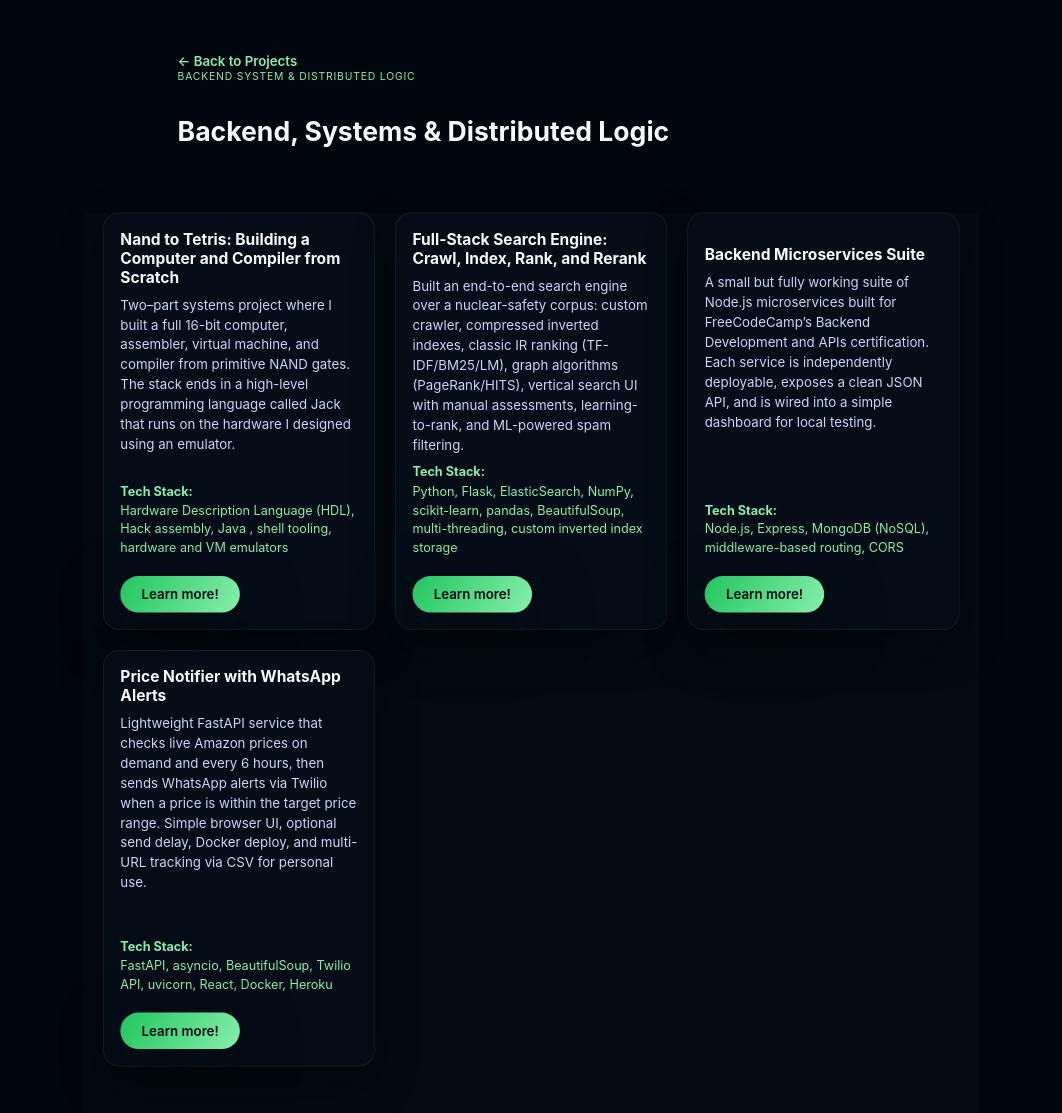
Repository: Abdulaziz-04/Abdulaziz-04.github.io
Page: projects/backend_systems.html
These files come from the project's save history. The page is drawn as it stood at one moment and after the next save; the edit follows.
The browser window is 1280 px wide. The pictures show the whole page, at 83% of full size.

Above is the page before, as saved 2025-11-21 21:17:20.

### projects/backend_systems.html
<!DOCTYPE html>
<html lang="en">
  <head>
    <meta charset="UTF-8" />
    <meta name="viewport" content="width=device-width, initial-scale=1" />
    <title>Backend, Systems &amp; Distributed Logic | Projects</title>
    <link rel="stylesheet" href="../assets/css/styles.css" />
  </head>
  <body class="category-page">
    <header class="category-hero">
      <a class="category-back" href="../index.html#projects"
        >&larr; Back to Projects</a
      >
      <a class="category-pill" href="../index.html#projects"
        >Backend System &amp; Distributed Logic</a
      >
      <br />
      <h1>Backend, Systems &amp; Distributed Logic</h1>
    </header>
    <main class="section category-section">
      <div class="project-modal-grid">
        <article class="project-modal-card">
          <div class="project-modal__body">
            <h3>
              Nand to Tetris: Building a Computer and Compiler from Scratch
            </h3>
            <p class="project-modal__summary">
              Two–part systems project where I built a full 16-bit computer,
              assembler, virtual machine, and compiler from primitive NAND
              gates. The stack ends in a high-level programming language called
              Jack that runs on the hardware I designed using an emulator.
            </p>
            <p class="project-modal__tech">
              <strong>Tech Stack:</strong>
              Hardware Description Language (HDL), Hack assembly, Java , shell
              tooling, hardware and VM emulators
            </p>
            <div class="project-modal__actions">
              <a
                class="btn primary"
                href="../deepdives/backend_systems/nand2tetris/nand2tetris.html"
                >Learn more!</a
              >
            </div>
          </div>
        </article>
        <article class="project-modal-card">
          <div class="project-modal__body">
            <h3>Full-Stack Search Engine: Crawl, Index, Rank, and Rerank</h3>
            <p class="project-modal__summary">
              Built an end-to-end search engine over a nuclear-safety corpus:
              custom crawler, compressed inverted indexes, classic IR ranking
              (TF-IDF/BM25/LM), graph algorithms (PageRank/HITS), vertical
              search UI with manual assessments, learning-to-rank, and
              ML-powered spam filtering.
            </p>
            <p class="project-modal__tech">
              <strong>Tech Stack:</strong>
              Python, Flask, ElasticSearch, NumPy, scikit-learn, pandas,
              BeautifulSoup, multi-threading, custom inverted index storage
            </p>
            <div class="project-modal__actions">
              <a
                class="btn primary"
                href="../deepdives/backend_systems/search_engine/search_engine.html"
                >Learn more!</a
              >
            </div>
          </div>
        </article>

        <article class="project-modal-card">
          <div class="project-modal__body">
            <h3>Backend Microservices Suite</h3>
            <p class="project-modal__summary">
              A small but fully working suite of Node.js microservices built for
              FreeCodeCamp’s Backend Development and APIs certification. Each
              service is independently deployable, exposes a clean JSON API, and
              is wired into a simple dashboard for local testing.
            </p>
            <p class="project-modal__tech">
              <strong>Tech Stack:</strong>
              Node.js, Express, MongoDB (NoSQL), middleware-based routing, CORS
            </p>
            <div class="project-modal__actions">
              <a
                class="btn primary"
                href="../deepdives/backend_systems/microservices/microservices.html"
                >Learn more!</a
              >
            </div>
          </div>
        </article>

        <article class="project-modal-card">
          <div class="project-modal__body">
            <h3>Price Notifier with WhatsApp Alerts</h3>
            <p class="project-modal__summary">
              Lightweight FastAPI service that checks live Amazon prices on
              demand and every 6 hours, then sends WhatsApp alerts via Twilio
              when a price is within the target price range. Simple browser UI,
              optional send delay, Docker deploy, and multi-URL tracking via CSV
              for personal use.
            </p>
            <p class="project-modal__tech">
              <strong>Tech Stack:</strong> FastAPI, asyncio, BeautifulSoup,
              Twilio API, uvicorn, React, Docker, Heroku
            </p>
            <div class="project-modal__actions">
              <a
                class="btn primary"
                href="../deepdives/backend_systems/price_notifier/price_notifier.html"
                >Learn more!</a
              >
            </div>
          </div>
        </article>
      </div>
    </main>
  </body>
</html>

### assets/css/styles.css
:root {
  --bg: #030a13;
  --bg-alt: #050f1f;
  --panel: #071425;
  --panel-soft: rgba(34, 197, 94, 0.08);
  --accent: #22c55e;
  --accent-strong: #86efac;
  --text: #f8fafc;
  --muted: #cbd5f5;
  --border: rgba(255, 255, 255, 0.08);
  --radius: 18px;
  --shadow: 0 25px 70px rgba(1, 8, 4, 0.55);
}

* {
  box-sizing: border-box;
}

body {
  margin: 0;
  min-height: 100vh;
  font-family: "Inter", "Segoe UI", system-ui, -apple-system, BlinkMacSystemFont,
    sans-serif;
  color: var(--text);
  background: radial-gradient(circle at 15% 35%, rgba(34, 197, 94, 0.15), transparent 45%),
    radial-gradient(circle at 80% 0%, rgba(134, 239, 172, 0.2), transparent 35%),
    #020718;
  scroll-behavior: smooth;
  padding-top: 0;
}

.modal-open {
  overflow: hidden;
}

main {
  background: var(--bg);
}

.section {
  max-width: 1080px;
  margin: 0 auto;
  padding: 3.5rem 1.5rem;
}

.site-header {
  margin: 0;
  padding: clamp(4rem, 12vw, 6rem) clamp(1.5rem, 6vw, 4rem) 3.5rem;
  background: linear-gradient(135deg, rgba(5, 18, 12, 0.9), rgba(3, 10, 19, 0.85)),
    radial-gradient(circle at top left, rgba(34, 197, 94, 0.25), transparent 55%);
  box-shadow: inset 0 1px 0 rgba(255, 255, 255, 0.05);
  min-height: 85vh;
  display: flex;
  align-items: center;
}

.hero-header {
  margin-top: 0;
  padding-top: clamp(4.5rem, 12vw, 7rem);
}

.top-nav {
  position: fixed;
  top: 0;
  left: 0;
  width: 100%;
  padding: 0.75rem clamp(1.25rem, 6vw, 4rem);
  background: rgba(4, 9, 20, 0.95);
  border-bottom: 1px solid rgba(255, 255, 255, 0.05);
  backdrop-filter: blur(14px);
  display: flex;
  align-items: center;
  justify-content: space-between;
  gap: 1rem;
  z-index: 50;
}

.top-nav__brand {
  font-size: 0.85rem;
  letter-spacing: 0.3em;
  text-transform: uppercase;
  color: var(--muted);
}

.top-nav__links {
  display: flex;
  align-items: center;
  gap: 0.9rem;
  flex-wrap: wrap;
}

.nav-link {
  text-decoration: none;
  color: var(--muted);
  font-weight: 600;
  letter-spacing: 0.08em;
  text-transform: uppercase;
  padding: 0.4rem 0.85rem;
  border-radius: 999px;
  transition: color 0.2s ease, background 0.2s ease;
}

.nav-link:hover {
  color: var(--text);
}

.nav-link.active {
  background: var(--accent);
  color: #03140c;
}

.hire-btn {
  cursor: pointer;
  background: var(--accent);
  color: black;
  padding: 0.95rem 2.4rem;
  font-size: 1.1rem;
  font-weight: 700;
  border: none;
  border-radius: 999px;
  box-shadow: 0 12px 28px rgba(34, 197, 94, 0.35);
}

.hero-grid {
  display: grid;
  grid-template-columns: minmax(0, 1.4fr) minmax(220px, 320px);
  gap: clamp(2rem, 4vw, 3.5rem);
  width: 100%;
  align-items: start;
}

.hero-text h1 {
  font-size: clamp(2.5rem, 5vw, 3.8rem);
  margin: 0.2rem 0 0.8rem;
}

.hero-lede {
  color: var(--muted);
  font-size: 1.05rem;
  max-width: 560px;
  line-height: 1.6;
}

.eyebrow {
  text-transform: uppercase;
  color: var(--accent-strong);
}

.hero-summary {
  margin: 1.5rem 0 1.75rem;
  color: var(--muted);
}

.summary-list {
  font-size: large;
  margin: 0;
  padding-left: 1.5rem;
}

.summary-list li {
  margin-bottom: 0.55rem;
  line-height: 1.5;
}

.hero-actions {
  display: flex;
  flex-wrap: wrap;
  gap: 1rem;
  width: 100%;
}

.hero-actions .hire-btn {
  padding: 1.1rem 2.8rem;
  font-size: 1.2rem;
}

.btn {
  display: inline-flex;
  align-items: center;
  justify-content: center;
  gap: 0.4rem;
  padding: 0.75rem 1.6rem;
  border-radius: 999px;
  text-decoration: none;
  font-weight: 600;
  transition: transform 0.2s ease, box-shadow 0.2s ease;
}

.btn.primary {
  background: linear-gradient(120deg, var(--accent), var(--accent-strong));
  color: #020714;
  box-shadow: var(--shadow);
}

.btn.secondary {
  border: 1px solid var(--accent);
  color: var(--accent-strong);
}

.btn:hover {
  transform: translateY(-2px);
}

.hero-photo {
  justify-self: center;
}

.hero-photo img {
  width: clamp(220px, 18vw, 280px);
  border-radius: 28px;
  border: 1px solid rgba(134, 239, 172, 0.2);
  box-shadow: 0 20px 60px rgba(0, 0, 0, 0.6);
  filter: saturate(1.05);
}

.section h2 {
  margin-top: 0;
  font-size: 2rem;
}

.experience-grid {
  display: grid;
  grid-template-columns: repeat(auto-fit, minmax(300px, 1fr));
  gap: 1.75rem;
}

.experience-title {
  display: flex;
  justify-content: space-between;
  align-items: center;
  gap: 1rem;
  font-size: 1.2rem;
}

.experience-title .role {
  color: var(--text); /* default text color */
  font-weight: 600;
}

.experience-title .org {
  color:#6DF9C9;
  white-space: nowrap;
}

.experience-card,
.project-card {
  background: linear-gradient(145deg, var(--panel), rgba(6, 14, 18, 0.9));
  border-radius: var(--radius);
  border: 1px solid var(--border);
  padding: 1.75rem;
  box-shadow: var(--shadow);
}

.timeline {
  border-left: 2px solid var(--border);
  margin-top: 1.25rem;
}

.timeline-item {
  padding-left: 1.75rem;
  margin-bottom: 1.75rem;
  position: relative;
}

.timeline-header {
  display: flex;
  justify-content: space-between;
  align-items: baseline;
  gap: 1rem;
}

.timeline-header h3 {
  margin: 0;
}

.education-title {
  display: flex;
  justify-content: space-between;
  gap: 0.75rem;
  align-items: baseline;
  flex-wrap: wrap;
}

.edu-gpa {
  color: var(--accent-strong);
  white-space: nowrap;
  font-size: 0.95rem;
}





.hire-modal {
  position: fixed;
  inset: 0;
  background: rgba(5, 9, 18, 0.8);
  display: flex;
  justify-content: center;
  align-items: center;
  z-index: 100;
}

.hire-modal[hidden] {
  display: none;
}

.hire-modal__panel {
  background: #050b16;
  border: 1px solid rgba(255, 255, 255, 0.08);
  border-radius: 22px;
  padding: 1.75rem;
  width: min(90%, 420px);
  box-shadow: 0 30px 80px rgba(0, 0, 0, 0.55);
  position: relative;
  color: var(--text);
}

.hire-modal__panel p {
  color: var(--muted);
}

.hire-modal__close {
  position: absolute;
  top: 0.5rem;
  right: 0.75rem;
  background: var(--accent);
  color: #02120b;
  border: none;
  font-size: 1.35rem;
  font-weight: 700;
  cursor: pointer;
  width: 2.25rem;
  height: 2.25rem;
  border-radius: 999px;
  display: inline-flex;
  align-items: center;
  justify-content: center;
  line-height: 1;
}

.hire-options {
  display: flex;
  flex-direction: column;
  gap: 0.75rem;
  margin-top: 1rem;
}

.hire-option {
  display: flex;
  justify-content: space-between;
  align-items: center;
  padding: 0.85rem 1rem;
  border-radius: 1rem;
  text-decoration: none;
  color: var(--text);
  border: 1px solid rgba(255, 255, 255, 0.08);
  background: rgba(255, 255, 255, 0.02);
  transition: background 0.2s ease, transform 0.2s ease;
}

.hire-option:hover {
  background: rgba(34, 197, 94, 0.18);
  transform: translateY(-2px);
}

.hire-option small {
  color: var(--muted);
  letter-spacing: 0.04em;
}

.hire-modal__action {
  margin-top: 1.5rem;
  width: 100%;
  text-align: center;
}

.timeline-item::before {
  content: "";
  width: 11px;
  height: 11px;
  border-radius: 999px;
  background: var(--accent);
  box-shadow: 0 0 16px rgba(34, 197, 94, 0.8);
  position: absolute;
  left: -6px;
  top: 4px;
}

.timeline-date {
  font-size: 0.85rem;
  letter-spacing: 0.1em;
  text-transform: uppercase;
  color: var(--muted);
}

.course-dropdown {
  margin-top: 1.5rem;
}

.course-toggle {
  width: 100%;
  background: transparent;
  border: 1px solid rgba(255, 255, 255, 0.08);
  border-radius: var(--radius);
  padding: 0.75rem 1.1rem;
  color: var(--text);
  font: inherit;
  font-weight: 600;
  letter-spacing: 0.04em;
  display: flex;
  justify-content: space-between;
  align-items: center;
  cursor: pointer;
  transition: border-color 0.2s ease, transform 0.2s ease, box-shadow 0.2s ease;
}

.course-toggle:hover {
  border-color: rgba(134, 239, 172, 0.7);
  box-shadow: 0 0 20px rgba(34, 197, 94, 0.25);
  transform: translateY(-1px);
}

.course-toggle__icon {
  font-size: 1.1rem;
  line-height: 1;
  transition: transform 0.25s ease;
}

.course-toggle[aria-expanded='true'] .course-toggle__icon {
  transform: rotate(45deg);
}

.course-panel {
  margin-top: 1rem;
  border-left: 2px solid rgba(134, 239, 172, 0.3);
  padding-left: 1.25rem;
}

.course-panel[hidden] {
  display: none;
}

.course-panel__body h4 {
  margin-top: 1rem;
  margin-bottom: 0.5rem;
}

.certifications-list {
  display: grid;
  gap: 1rem;
  margin-top: 1rem;
}

#certifications {
  scroll-margin-top: 140px;
}

.cert-list {
  list-style: none;
  padding: 0;
  margin: 0;
  display: flex;
  flex-direction: column;
  gap: 0.75rem;
}

.cert-title {
  font-weight: 700;
}

.cert-meta {
  font-size: 0.95rem;
  color: var(--muted);
}

.loading-text,
.loading-error {
  color: var(--muted);
  font-style: italic;
}

.loading-error {
  color: #fda4af;
}

.project-card--featured {
  display: flex;
  flex-wrap: wrap;
  gap: 1.5rem;
}

.project-media img {
  max-width: 280px;
  border-radius: var(--radius);
  border: 1px solid rgba(34, 197, 94, 0.3);
}

.project-grid {
  display: grid;
  grid-template-columns: repeat(auto-fit, minmax(240px, 1fr));
  gap: 1.25rem;
  margin-top: 1rem;
}

.projects-overview .projects-lede {
  color: var(--muted);
  max-width: 760px;
  margin-bottom: 2rem;
}

.project-category-grid {
  display: grid;
  grid-template-columns: repeat(auto-fit, minmax(260px, 1fr));
  gap: 1.5rem;
  margin-top: 2rem;
}

.project-category-card {
  border: 1px solid var(--border);
  border-radius: var(--radius);
  padding: 1.75rem;
  background: rgba(7, 19, 33, 0.85);
  display: flex;
  flex-direction: column;
  gap: 0.75rem;
  box-shadow: 0 15px 40px rgba(0, 0, 0, 0.35);
  min-height: 260px;
}

.category-pill {
  text-transform: uppercase;
  letter-spacing: 0.08em;
  font-size: 0.78rem;
  color: var(--accent-strong);
  margin: 0;
  display: block;
  min-height: 2.2em;
  text-decoration: none;
  cursor: pointer;
}

.project-category-card h3 {
  margin: 0;
  line-height: 1.35;
  min-height: 3.2em;
}

.project-category-card > p:not(.category-pill) {
  margin: 0;
  line-height: 1.5;
  min-height: 4.4em;
}

.category-link {
  align-self: flex-start;
  margin-top: auto;
}

.category-page {
  background: #01050d;
  color: var(--text);
  min-height: 100vh;
  margin: 0;
}

.category-hero {
  max-width: 900px;
  margin: 0 auto;
  padding: 4rem 1.5rem 2rem;
  text-align: left;
}

.category-hero h1 {
  margin-top: 0.5rem;
}

.category-back {
  text-decoration: none;
  color: var(--accent-strong);
  font-weight: 600;
}

.category-section {
  padding-top: 0;
}

.category-description {
  color: var(--muted);
  max-width: 720px;
}

.project-modal-grid {
  display: grid;
  grid-template-columns: repeat(auto-fit, minmax(280px, 1fr));
  gap: 1.5rem;
  margin-top: 1.5rem;
  align-items: stretch;
  grid-auto-rows: 1fr;
}

.project-modal-card {
  border: 1px solid rgba(255, 255, 255, 0.08);
  border-radius: 20px;
  padding: 1.25rem;
  background: rgba(5, 13, 25, 0.95);
  display: flex;
  flex-direction: column;
  gap: 1rem;
  box-shadow: 0 20px 50px rgba(0, 0, 0, 0.45);
  height: 100%;
}

.project-modal__body {
  display: grid;
  grid-template-rows: auto 1fr auto auto;
  gap: 0.6rem;
  height: 100%;
}

.project-modal-card h3 {
  margin: 0;
  min-height: 2.6rem;
  display: flex;
  align-items: flex-end;
}

.project-modal__body h3,
.project-modal__body p {
  margin: 0;
}

.project-modal__summary {
  color: var(--muted);
  line-height: 1.5;
  min-height: 0;
}

.project-modal__tech {
  font-size: 0.95rem;
  color: var(--accent-strong);
  min-height: 2.4rem;
  line-height: 1.5;
}

.project-modal__tech strong,
.project-modal__tech b {
  display: block;
}

.project-modal__actions {
  display: flex;
  gap: 0.75rem;
  flex-wrap: wrap;
  margin-top: auto;
  padding-top: 0.75rem;
}

.category-footer {
  text-align: center;
  color: var(--muted);
  padding: 2rem 1rem 3rem;
}

.project-detail-page {
  background: #01050d;
  color: var(--text);
  margin: 0;
}

.detail-hero {
  max-width: 960px;
  margin: 0 auto;
  padding: 4rem 1.5rem 2rem;
}

.detail-summary {
  color: var(--muted);
  font-size: 1.1rem;
}

.detail-meta {
  list-style: none;
  padding: 0;
  margin: 1.5rem 0 0;
  display: flex;
  flex-wrap: wrap;
  gap: 1rem 2rem;
  color: var(--accent-strong);
}

.detail-content {
  padding-top: 0;
}

.home-page p,
.home-page li,
.home-page .course-panel__body {
  text-align: justify;
}

.home-page .projects-overview p,
.home-page .project-category-card p {
  text-align: left;
}

.project-detail-page p,
.project-detail-page li {
  text-align: justify;
}

.detail-section {
  margin-bottom: 2.5rem;
}

.detail-gallery {
  display: flex;
  flex-direction: column;
  gap: 1.5rem;
}

.detail-gallery .gallery-row {
  display: flex;
  flex-direction: column;
  gap: 1.75rem;
  align-items: center;
}

.detail-gallery .gallery-row--two {
  width: 100%;
  display: grid;
  grid-template-columns: repeat(auto-fit, minmax(280px, 1fr));
  gap: 1.25rem;
  align-items: start;
}

.detail-gallery .gallery-item {
  flex: 0 0 auto;
  max-width: 880px;
  margin: 0 auto;
  text-align: center;
}

.detail-gallery .gallery-item figcaption {
  text-align: center;
}

.detail-gallery .gallery-item img {
  display: block;
  width: 100%;
  height: auto;
  border-radius: 12px;
  border: 1px solid rgba(255, 255, 255, 0.08);
  margin: 0 auto;
  transform: none;
}

.detail-video {
  display: block;
  width: 100%;
  max-width: 720px;
  height: auto;
  margin: 0 auto;
  border-radius: 12px;
  border: 1px solid rgba(255, 255, 255, 0.08);
  background: #000;
}

.detail-gallery__grid {
  display: grid;
  grid-template-columns: repeat(auto-fit, minmax(240px, 1fr));
  gap: 1.25rem;
}

.detail-gallery__grid img {
  width: 100%;
  border-radius: 14px;
  border: 1px solid rgba(255, 255, 255, 0.08);
}

.detail-snippet pre {
  background: #020714;
  padding: 1.25rem;
  border-radius: 16px;
  border: 1px solid rgba(255, 255, 255, 0.08);
  overflow-x: auto;
}

.code-emphasis {
  font-size: 1.4em;
}

.skills-list {
  display: flex;
  flex-wrap: wrap;
  gap: 0.65rem;
}

.skill-pill {
  --pill-bg: rgba(148, 163, 184, 0.15);
  --pill-color: #f8fafc;
  --pill-icon: rgba(255, 255, 255, 0.85);
  display: inline-flex;
  align-items: center;
  gap: 0.4rem;
  padding: 0.45rem 0.9rem;
  border-radius: 0.85rem;
  background: var(--pill-bg);
  color: var(--pill-color);
  font-size: 0.78rem;
  font-weight: 700;
  letter-spacing: 0.05em;
  text-transform: uppercase;
  border: 1px solid rgba(255, 255, 255, 0.06);
  box-shadow: 0 6px 14px rgba(0, 0, 0, 0.25);
}

.skill-pill i {
  font-size: 1rem;
  color: var(--pill-icon);
}

.site-footer {
  text-align: center;
  display: flex;
  justify-content: center;
  padding: 2.5rem 1rem 3rem;
  color: var(--muted);
  border-top: 1px solid var(--border);
  background: linear-gradient(180deg, rgba(5, 9, 18, 0.98), rgba(2, 7, 24, 0.95));
  margin-top: 0;
  box-shadow: 0 -18px 45px rgba(0, 0, 0, 0.45);
}

.site-footer p {
  margin: 0;
}

@media (max-width: 1024px) {
  .hero-grid {
    grid-template-columns: 1fr;
    text-align: center;
  }

  .hero-photo {
    order: -1;
  }

  .top-nav {
    flex-direction: column;
    align-items: flex-start;
    gap: 0.5rem;
  }

  .top-nav__links {
    width: 100%;
    justify-content: flex-start;
    gap: 0.5rem;
  }

  .hire-btn {
    width: 100%;
    text-align: center;
  }
}

@media (max-width: 640px) {
  .hero-header {
    padding-top: 9rem;
  }

  .experience-title {
    flex-direction: column;
    align-items: flex-start;
    gap: 0.35rem;
    font-size: 1.05rem;
  }

  .experience-title .org {
    white-space: normal;
    width: 100%;
  }
}


/* Medium size for first GIF */
.gallery-item--medium {
  text-align: center;
}

.gallery-item--medium img {
  max-width: 720px;
  width: 100%;
  height: auto;
  display: block;
  margin: 0 auto;
}

.gallery-item figcaption {
  margin-top: 0.95rem;
  color: var(--muted);
  line-height: 1.5;
}

.hero-screens {
  display: flex;
  flex-wrap: wrap;
  justify-content: center;
  align-items: flex-start;
  gap: 1.25rem;
}

.hero-screens .gallery-item {
  max-width: 220px;
  width: 100%;
  display: flex;
  flex-direction: column;
  align-items: center;
}

.hero-screens .gallery-item img {
  width: 100%;
  height: 420px;
  display: block;
  margin: 0 auto;
  object-fit: contain;
}

.hero-screens .gallery-item figcaption {
  text-align: center;
  margin-top: 0.75rem;
}


a {
  color: #b6f5c9;
}

a:hover {
  color: #8ef0af;
}

After the next save:
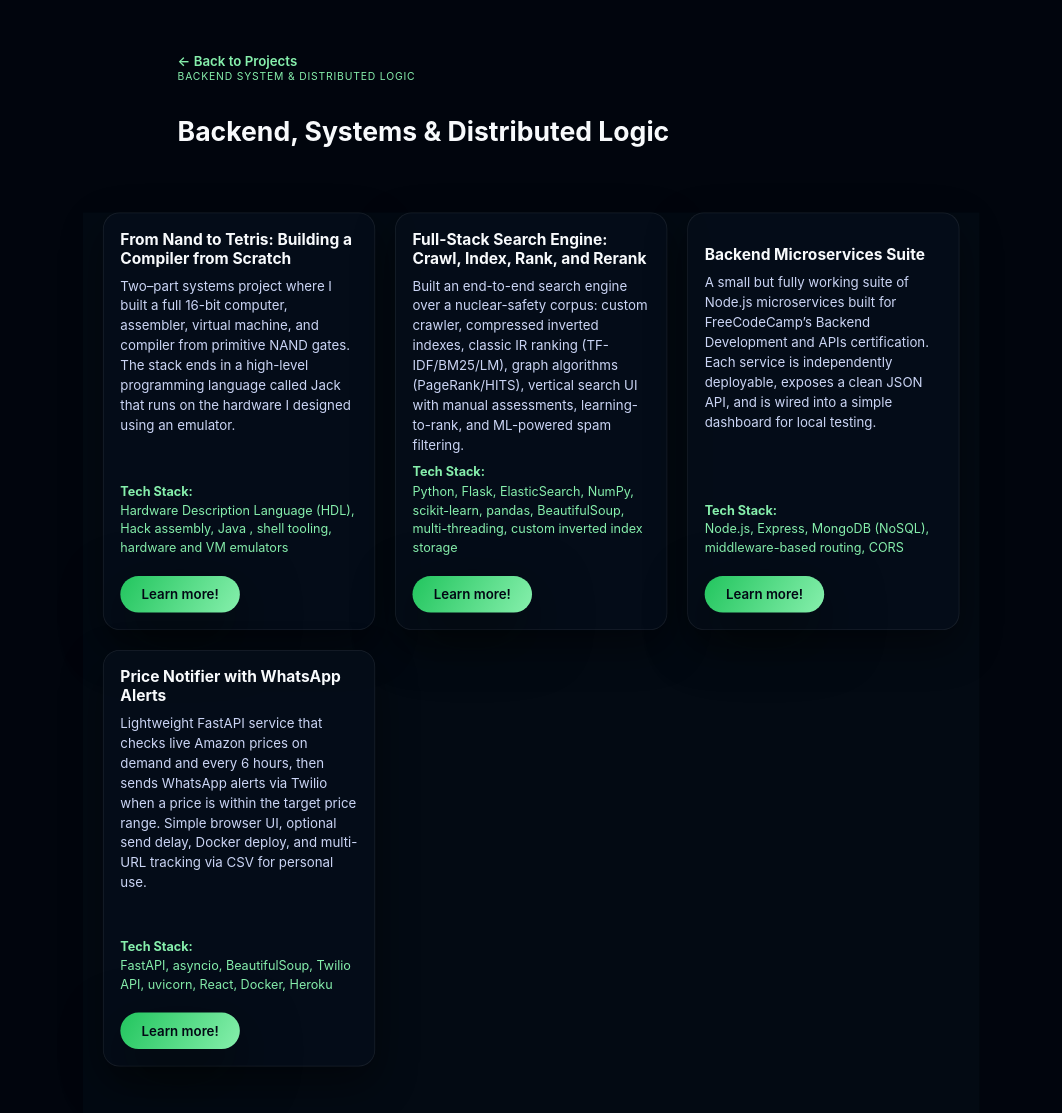
Saved 10 s later.
--- a/projects/backend_systems.html
+++ b/projects/backend_systems.html
@@ -21,9 +21,7 @@
       <div class="project-modal-grid">
         <article class="project-modal-card">
           <div class="project-modal__body">
-            <h3>
-              Nand to Tetris: Building a Computer and Compiler from Scratch
-            </h3>
+            <h3>From Nand to Tetris: Building a Compiler from Scratch</h3>
             <p class="project-modal__summary">
               Two–part systems project where I built a full 16-bit computer,
               assembler, virtual machine, and compiler from primitive NAND
